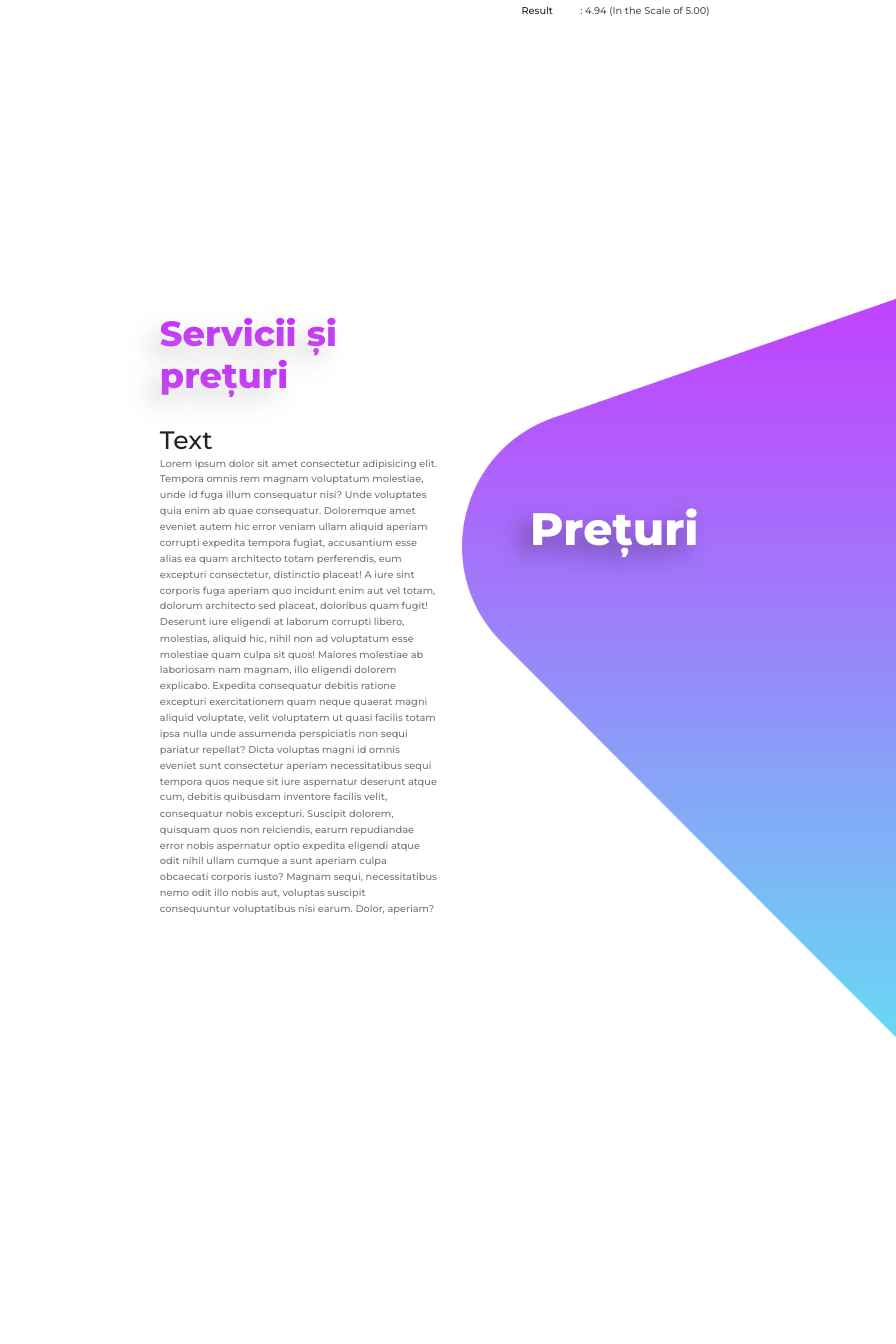
Repository: roscaImarius/site_traduceri
Page: index.html
These files come from the project's save history. The page is drawn as it stood at one moment and after the next save; the edit follows.
The browser window is 1280 px wide. The pictures show the part of the page from y = 3178 to 5098 px (the page is 7580 px tall), at 70% of full size.

Above is the page before, as saved 2022-03-17 15:48:31.

After the next save:
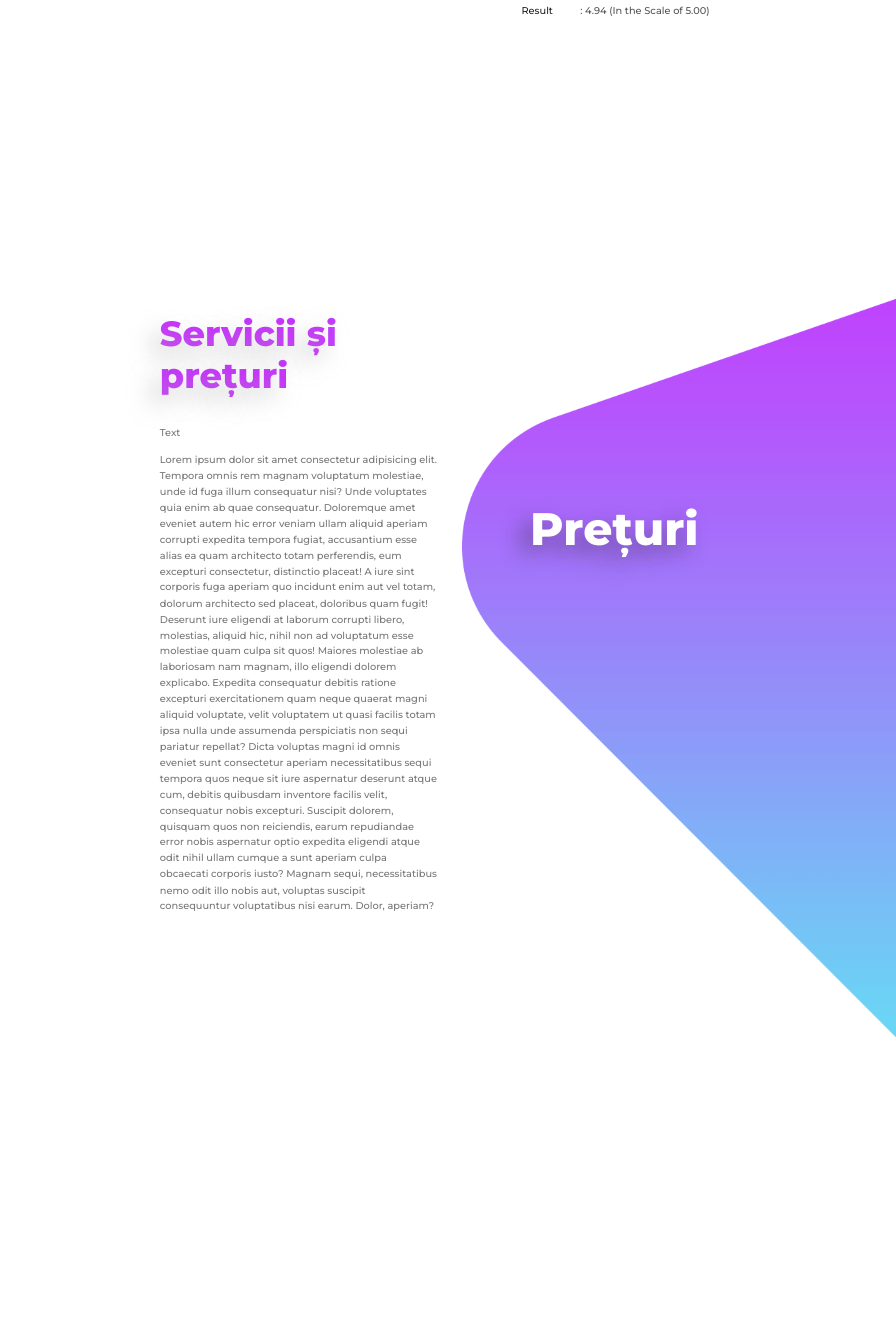
Saved 3 min 54 s later.
--- a/index.html
+++ b/index.html
@@ -283,7 +283,7 @@
         <div class="row row-reverse">
           <div class="divFaraPret offset-lg-2 col-lg-4 col-md-12">
             <h2 class="heading mb-40">Servicii și prețuri</h2>
-            <h1>Text</h1>
+            <p>Text</p>
             <p>
               Lorem ipsum dolor sit amet consectetur adipisicing elit. Tempora
               omnis rem magnam voluptatum molestiae, unde id fuga illum
